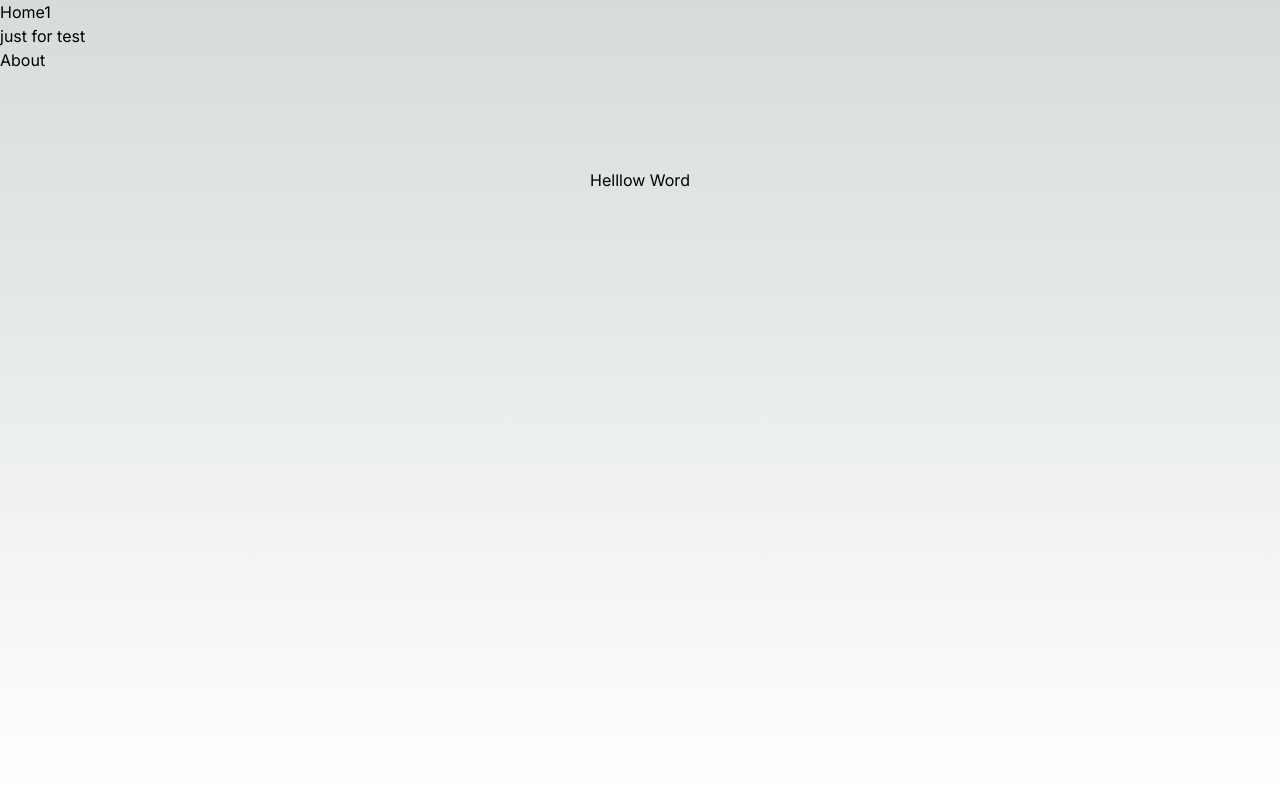
Repository: Waikato153/kiwicms
Page: /settings
The author's editor kept a copy of each file at every save. The page is drawn from the files as they stood at one save, then again after the next save.
The browser window is 1280 px wide. The pictures show the whole page.
The project was rebuilt for these pictures with package versions that can differ from the ones it lists, and the page was loaded fresh each time. The framework's server and built-in components were replaced by stand-ins that run in the browser. Also part of the build but not shown: next.config.mjs.

Above is the page before, as saved 2024-05-05 21:52:11.

After the next save:
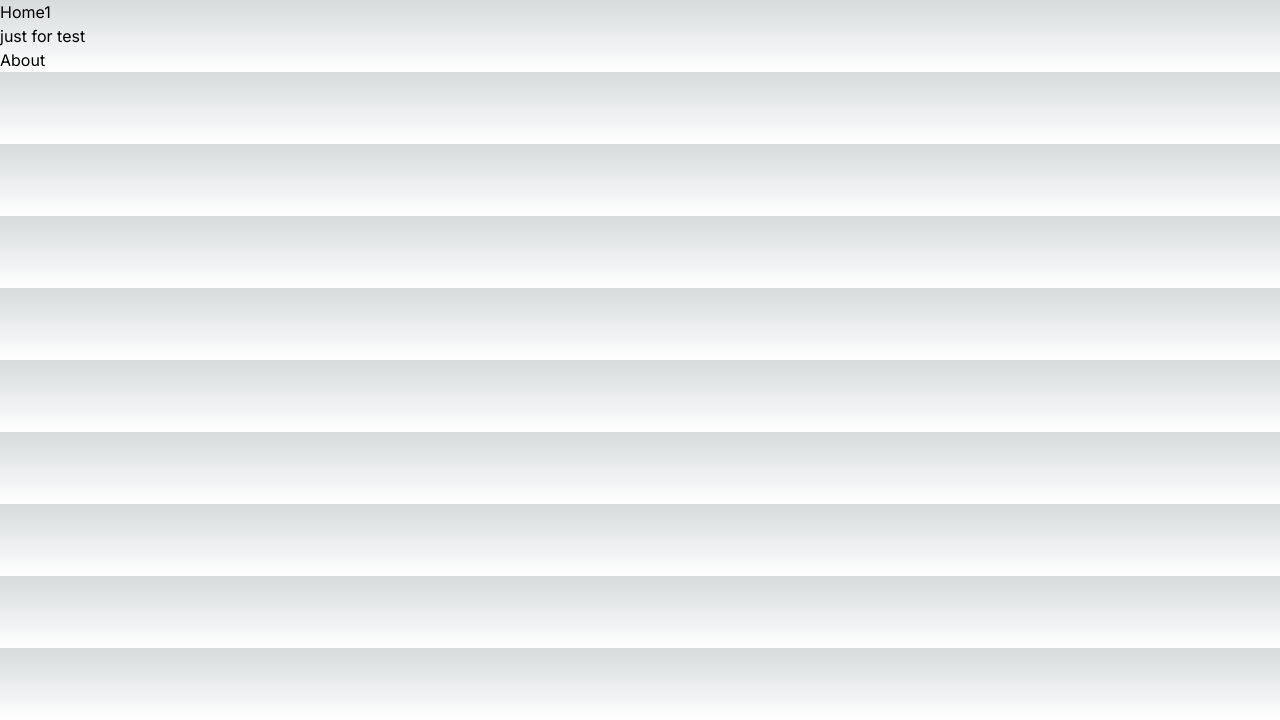
Saved 23 s later.
--- a/src/app/layout.tsx
+++ b/src/app/layout.tsx
@@ -29,11 +29,9 @@
       </NavLinks>
 
         <main>
-          {children}
-          <>
-          {team}
+
+        {team}
       {analytics}
-          </>
         </main>
       </body>
     </html>

After the save that followed:
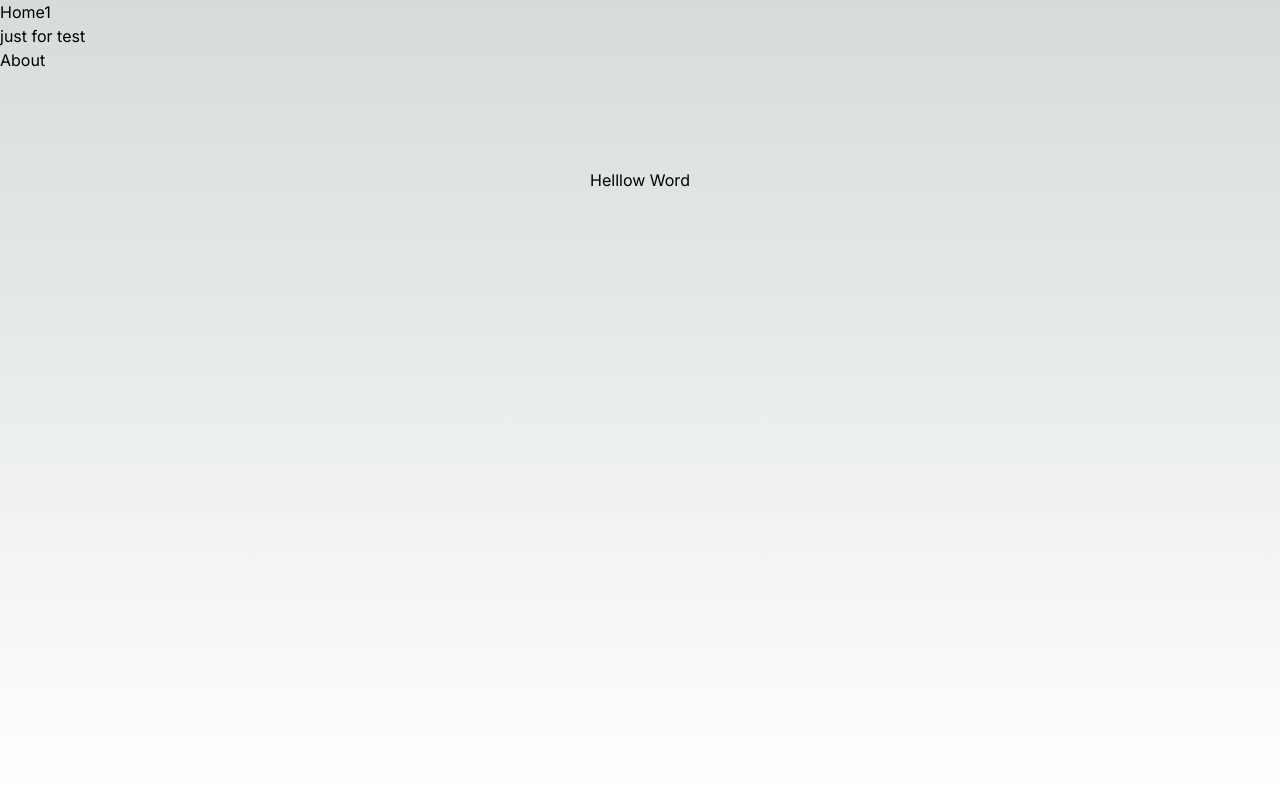
Saved 15 s later.
--- a/src/app/layout.tsx
+++ b/src/app/layout.tsx
@@ -27,11 +27,13 @@
       <NavLinks>
         <div>just for test</div>
       </NavLinks>
+     <div>
 
+     {team}
+      {analytics}
+     </div>
         <main>
-
-        {team}
-      {analytics}
+          {children}
         </main>
       </body>
     </html>
